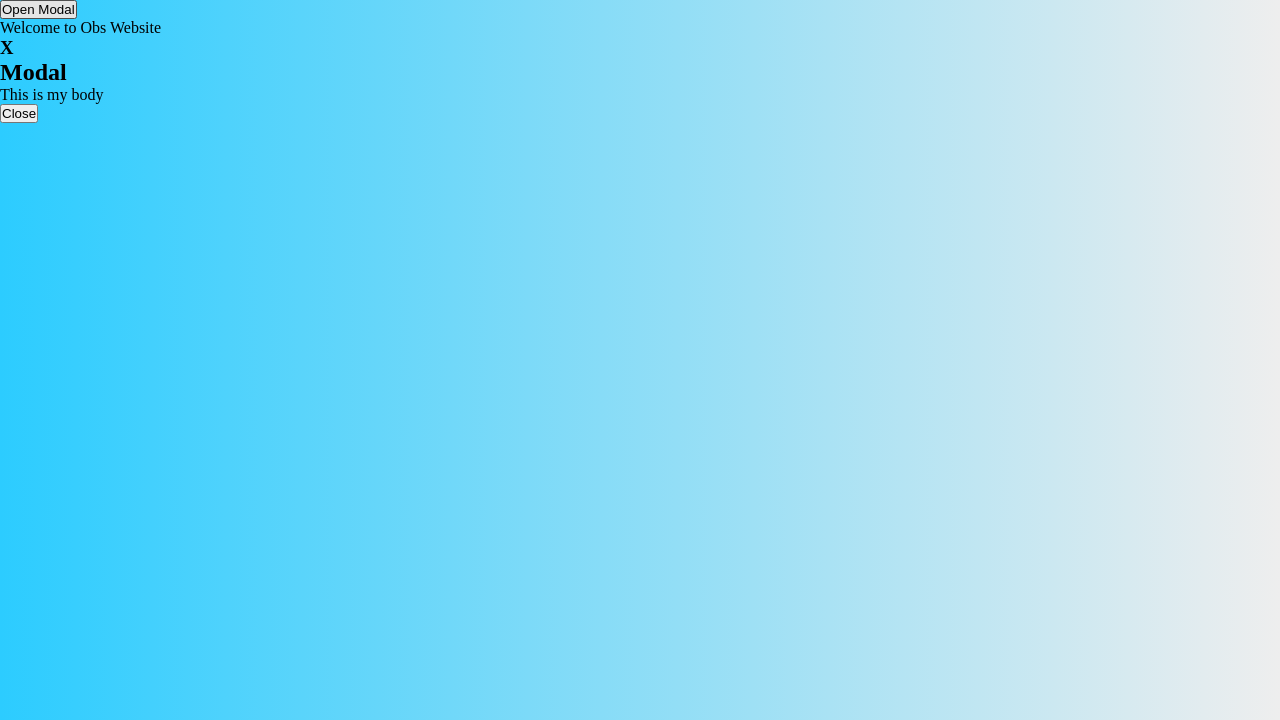
Repository: lausamtuong/Modal_card
Page: index.html
The author's editor kept a copy of each file at every save. The page is drawn from the files as they stood at one save, then again after a run of saves.
The browser window is 1280 px wide. The pictures show the whole page.
The style sheet was rebuilt from its Sass, Less or Tailwind sources for each picture, by a compiler version that may differ from the author's.

Above is the page before, as saved 2021-12-14 21:29:15.

After the next 6 saves:
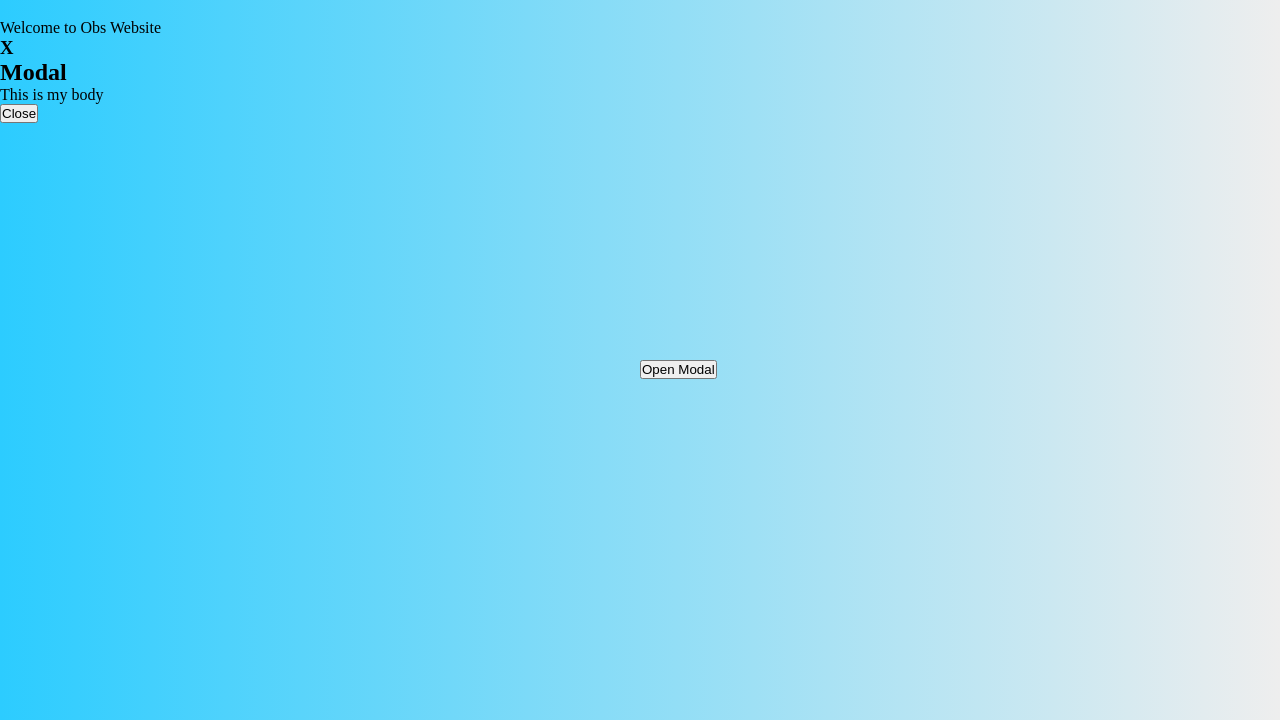
The 6 saves are shown as one change because 1 did not build or start and some came seconds apart.
The last was saved 17 s later.
--- a/style.scss
+++ b/style.scss
@@ -8,6 +8,7 @@ body{
     background:  linear-gradient( to right,#2cccff ,#eee );;
 }
 .open__btn{
+     position: relative;;
    top:50%;
    left:50%;
 }
